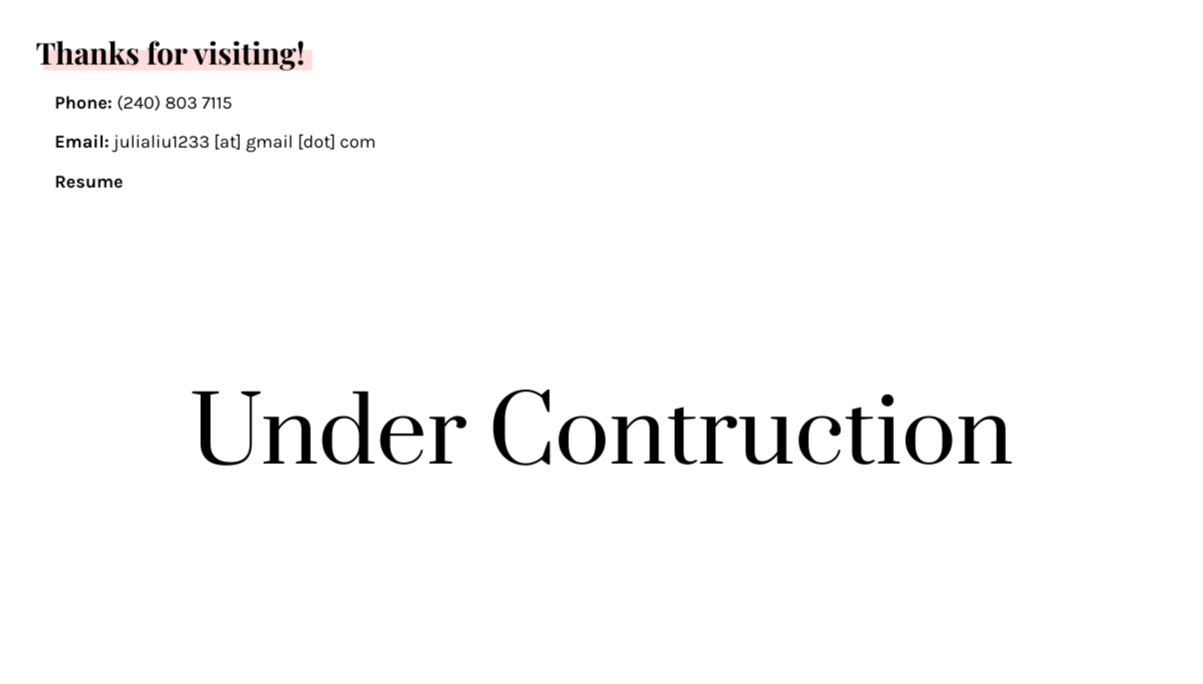
Repository: liu-julia/liu-julia.github.io
Page: about.html
The author's editor kept a copy of each file at every save. The page is drawn from the files as they stood at one save, then again after the next save.
The browser window is 1280 px wide. The pictures show the whole page, at 94% of full size.

Above is the page before, as saved 2022-04-28 12:25:32.

After the next save:
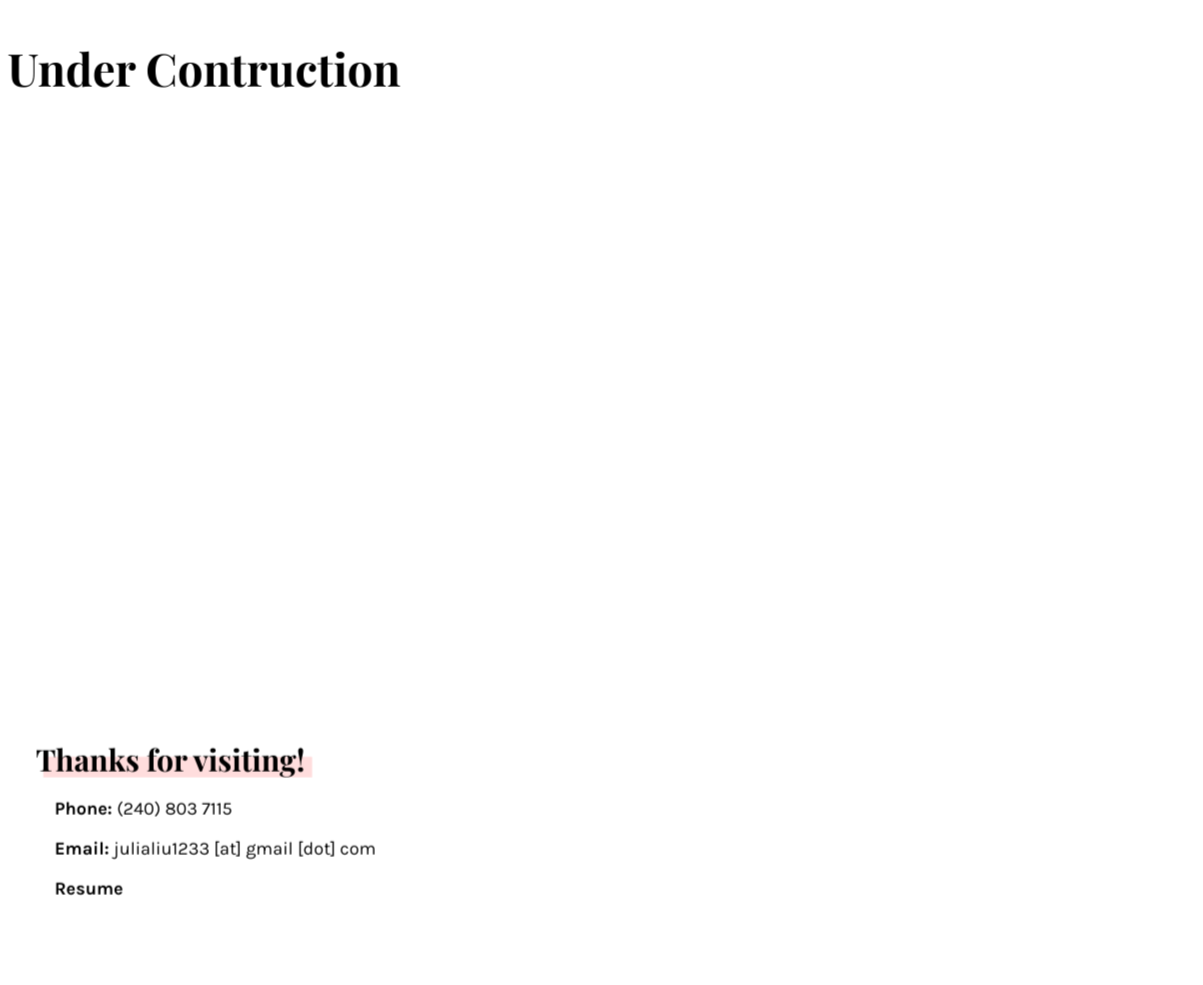
Saved 21 s later.
--- a/about.html
+++ b/about.html
@@ -22,8 +22,8 @@
         </div>
     </header>
     <div id="content">
-        <div>
-            <h1>Under Contruction</h1>
+        <div id="construction">
+            <h2>Under Contruction</h2>
         </div>
         <div id="foot">
             <h3 class="highlighted">Thanks for visiting!</h3>
